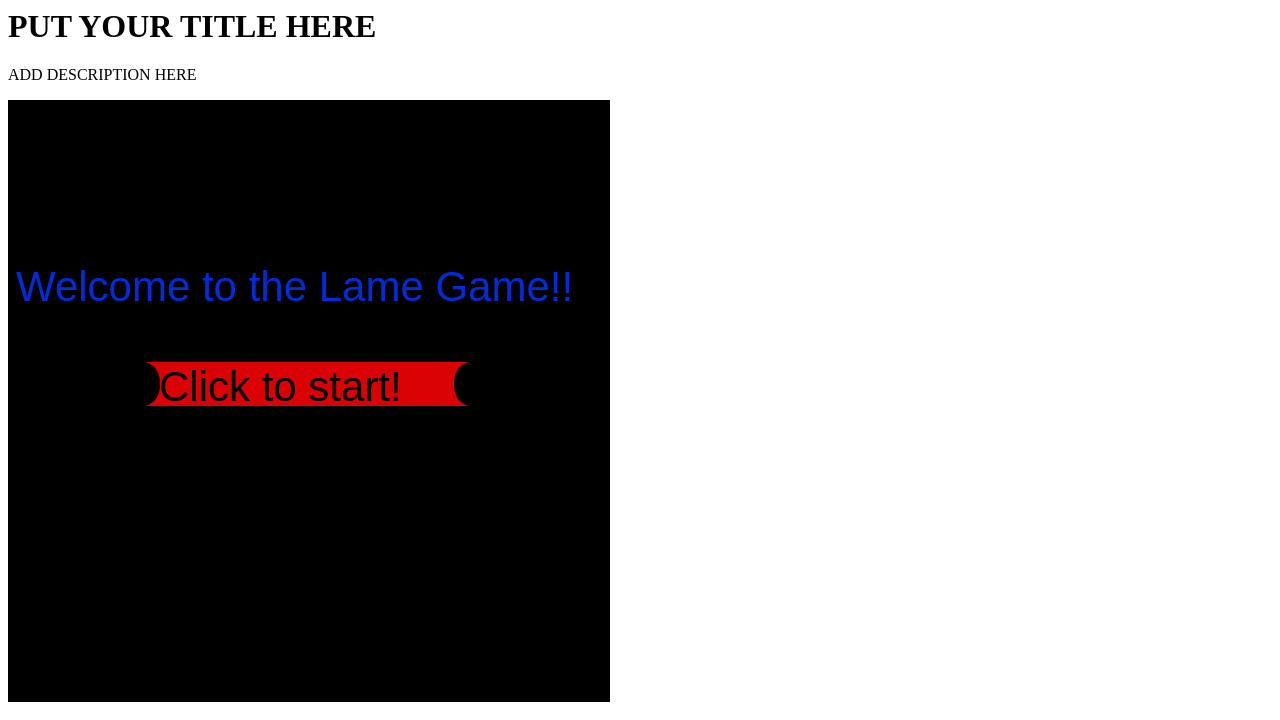
Repository: LilHel21/LillianRod.github.io
Page: ballgame.html
The author's editor kept a record of every edit. The page is drawn from the files as they stood at one moment, then again after the next edit.
The browser window is 1280 px wide. The pictures show the whole page.

Above is the page before.

After the next edit:
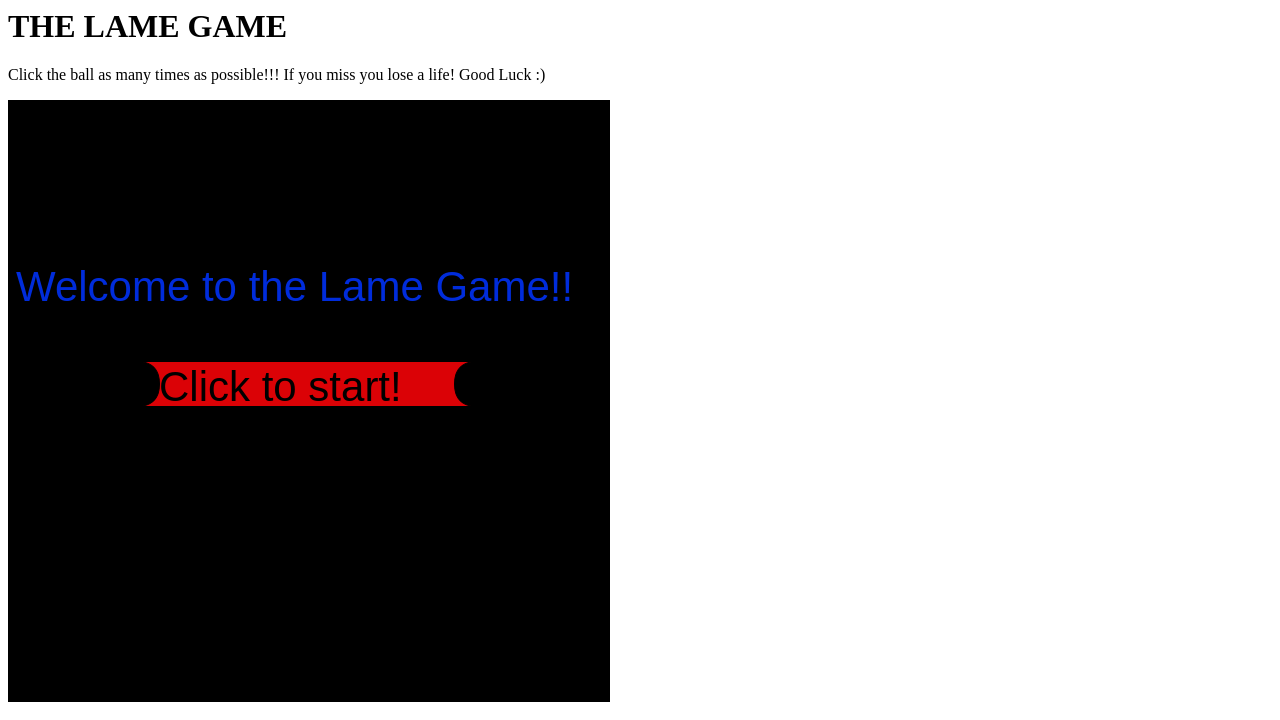
The edit:
--- a/ballgame.html
+++ b/ballgame.html
@@ -7,8 +7,8 @@
   </head>
 
   <body>
-    <h1>PUT YOUR TITLE HERE</h1>
-    <p>ADD DESCRIPTION HERE</p>
+    <h1>THE LAME GAME</h1>
+    <p>Click the ball as many times as possible!!! If you miss you lose a life! Good Luck :)</p>
 
     <script type="text/processing">
 
